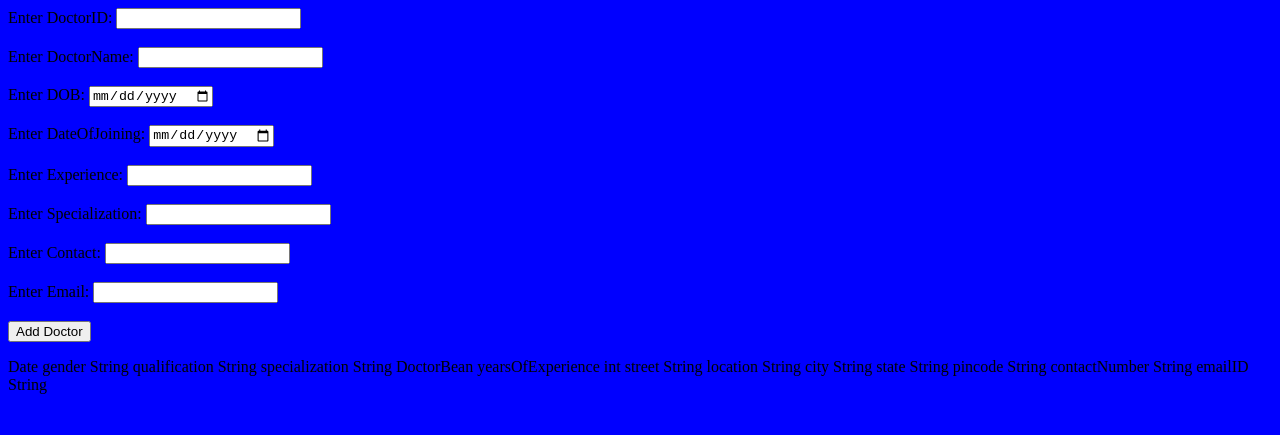
Repository: Pravinkumar-Raja/SpringProjects
Page: http://localhost/Spring-Web/WEB-INF/views/AddDoctor.jsp
The author's editor kept a copy of each file at every save. The page is drawn from the files as they stood at one save, then again after the next save.
The browser window is 1280 px wide. The pictures show the whole page.
The page is served by Tomcat 9. Nobody is signed in. The template is opened directly, without the code that normally fills it, so the values that code supplies are empty.

Above is the page before, as saved 2025-11-24 08:10:16.

After the next save:
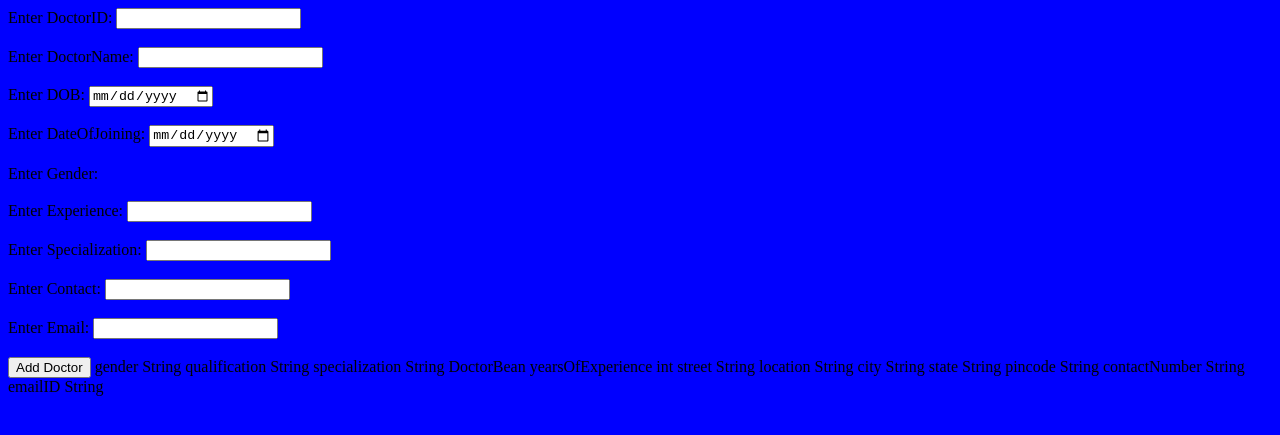
Saved 29 s later.
--- a/Spring-Web/src/main/webapp/WEB-INF/views/AddDoctor.jsp
+++ b/Spring-Web/src/main/webapp/WEB-INF/views/AddDoctor.jsp
@@ -5,6 +5,7 @@
 			Enter DoctorName: <input type="text" name="doctorName"/><br><br>
 			Enter DOB: <input type="date" name="dateOfBirth"/><br><br>
 			Enter DateOfJoining: <input type="date" name="dateOfJoining"/><br><br>
+			Enter Gender: <inout type="text" name="gender"/><br><br>
 			Enter Experience: <input type="number" name="experience"/><br><br>
 			Enter Specialization: <input type="text" name="specialization"/><br><br>
 			Enter Contact: <input type="number" name="contact"/><br><br>
@@ -15,8 +16,6 @@
 </html>
 
 
-
- Date
 
  gender String
 
